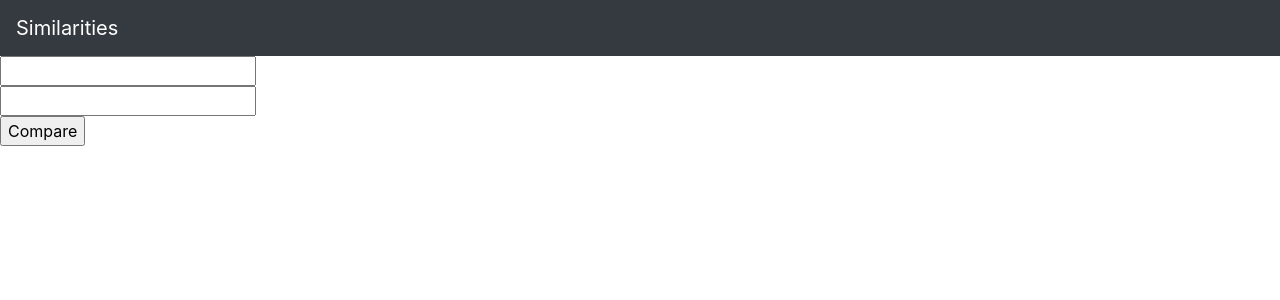
Repository: Watersilver/cs50
Page: http://localhost/
The author's editor kept a record of every edit. The page is drawn from the files as they stood at one moment, then again after the next edit.
The browser window is 1280 px wide. The pictures show the whole page.
Some web libraries are served in a nearby version. The page is served by the project's application, run on Flask 3 (pset6/similarities/more/application.py). Other server files are loaded and not shown.

Above is the page before.

### workspace/pset6/similarities/more/templates/index.html
{% extends "layout.html" %}

{% block body %}

    <div><input type="text" name="string1"></div>
    <div><input type="text" name="string2"></div>
    <button>Compare</button>

{% endblock %}

### workspace/pset6/similarities/more/templates/layout.html
<!DOCTYPE html>

<html lang="en">
    <head>

        <!-- Required meta tags -->
        <meta charset="utf-8"/>
        <meta name="viewport" content="width=device-width, initial-scale=1, shrink-to-fit=no"/>

        <!-- Bootstrap CSS -->
        <link href="https://maxcdn.bootstrapcdn.com/bootstrap/4.0.0-beta/css/bootstrap.min.css" rel="stylesheet"/>

        <link href="/static/styles.css" rel="stylesheet"/>

        <title>Similarities</title>

    </head>
    <body>

        <nav class="navbar fixed-top navbar-dark bg-dark">
            <a class="navbar-brand" href="/">Similarities</a>
        </nav>

        <div class="container-fluid">
            {% block body %}{% endblock %}
        </div>

        <!-- Optional JavaScript -->
        <script src="https://code.jquery.com/jquery-3.2.1.slim.min.js"></script>
        <script src="https://cdnjs.cloudflare.com/ajax/libs/popper.js/1.11.0/umd/popper.min.js"></script>
        <script src="https://maxcdn.bootstrapcdn.com/bootstrap/4.0.0-beta/js/bootstrap.min.js"></script>

    </body>
</html>

### workspace/pset6/similarities/more/application.py
import cs50
import re
from flask import Flask, abort, redirect, render_template, request
from html import escape
from werkzeug.exceptions import default_exceptions, HTTPException

from helpers import distances, Operation

# Web app
app = Flask(__name__)


@app.after_request
def after_request(response):
    """Disable caching"""
    response.headers["Cache-Control"] = "no-cache, no-store, must-revalidate"
    response.headers["Expires"] = 0
    response.headers["Pragma"] = "no-cache"
    return response


@app.route("/")
def index():
    """Handle requests for / via GET (and POST)"""
    return render_template("index.html")


@app.route("/score", methods=["POST"])
def score():
    """Handle requests for /score via POST"""

    # Read files
    s1 = request.form.get("string1")
    s2 = request.form.get("string2")
    if not s1 or not s2:
        abort(400, "missing strings")

    # Score files
    matrix = distances(s1, s2)

    # Extract operations from table
    operations = []
    i, j = len(s1), len(s2)
    while True:
        _, operation = matrix[i][j]
        if not operation:
            break
        if operation == Operation.INSERTED:
            j -= 1
        elif operation == Operation.DELETED:
            i -= 1
        else:
            i -= 1
            j -= 1
        operations.append(operation)
    operations.reverse()

    # Maintain list of intermediate strings, operation, and descriptions
    transitions = [(s1, None, None)]
    i = 0

    # Apply each operation
    prev = s1
    for operation in operations:

        # Update string and description of operation
        if operation == Operation.INSERTED:
            s = (prev[:i], s2[i], prev[i:])
            description = f"inserted '{s2[i]}'"
            prev = prev[:i] + s2[i] + prev[i:]
            i += 1
        elif operation == Operation.DELETED:
            s = (prev[:i], prev[i], prev[i + 1:])
            description = f"deleted '{prev[i]}'"
            prev = prev[:i] + prev[i + 1:]
        elif prev[i] != s2[i]:
            s = (prev[:i], s2[i], prev[i + 1:])
            description = f"substituted '{prev[i]}' with '{s2[i]}'"
            prev = prev[:i] + s2[i] + prev[i + 1:]
            i += 1
        else:
            i += 1
            continue
        transitions.append((s, str(operation), description))
    transitions.append((s2, None, None))

    # Output comparison
    return render_template("score.html", matrix=matrix, s1=s1, s2=s2, operations=transitions)


@app.errorhandler(HTTPException)
def errorhandler(error):
    """Handle errors"""
    return render_template("error.html", error=error), error.code


# https://github.com/pallets/flask/pull/2314
for code in default_exceptions:
    app.errorhandler(code)(errorhandler)

### workspace/pset6/similarities/more/static/styles.css
/* fill viewport, hide scroll bar */
html, body
{
    height: 100%;
    overflow: hidden;
}

/* ensure content is below navbar */
div.container-fluid
{
    padding-top: 56px;
}

/* remove padding within container */
div.container-fluid
{
    padding-left: 0;
    padding-right: 0;
}

/* fill viewport */
div.container-fluid, div.row, div.col, div.jumbotron
{
    height: 100%;
}

/* split viewport */
div.row
{
    height: 50%;
    margin-left: 0;
    margin-right: 0;
    overflow: scroll;
}

/* remove padding within column */
div.col
{
    padding: 0;
}

/* add padding around form */
form
{
    padding: 15px;
}

/* right-align leftmost column in matrix */
div.row:first-of-type td:first-child,
div.row:first-of-type th:first-child
{
    text-align: right;
}

/* don't wrap rows in log */
th
{
    white-space: nowrap;
}

span.badge
{
    margin-left: 15px;
}

/* highlight spans */
span.deleted
{
    background-color: #f00;
}
span.inserted
{
    background-color: #0f0;
}
span.substituted
{
    background-color: #ff0;
}

After the next edit:
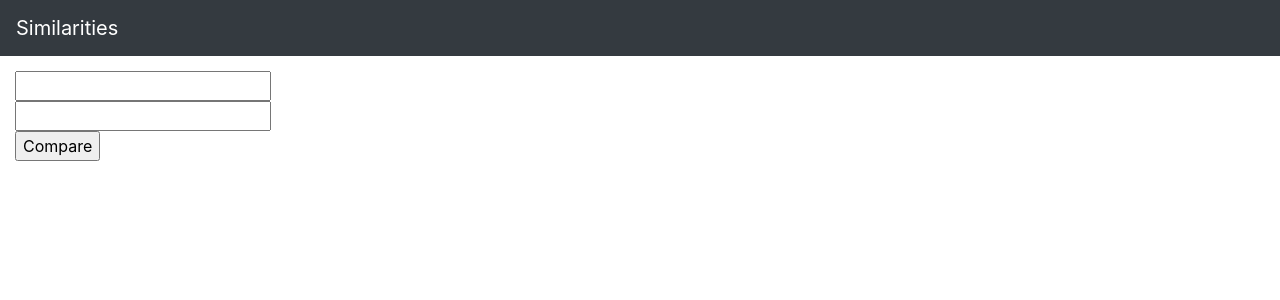
The edit:
--- a/workspace/pset6/similarities/more/templates/index.html
+++ b/workspace/pset6/similarities/more/templates/index.html
@@ -2,6 +2,7 @@
 
 {% block body %}
 
+    <form>
     <div><input type="text" name="string1"></div>
     <div><input type="text" name="string2"></div>
     <button>Compare</button>
